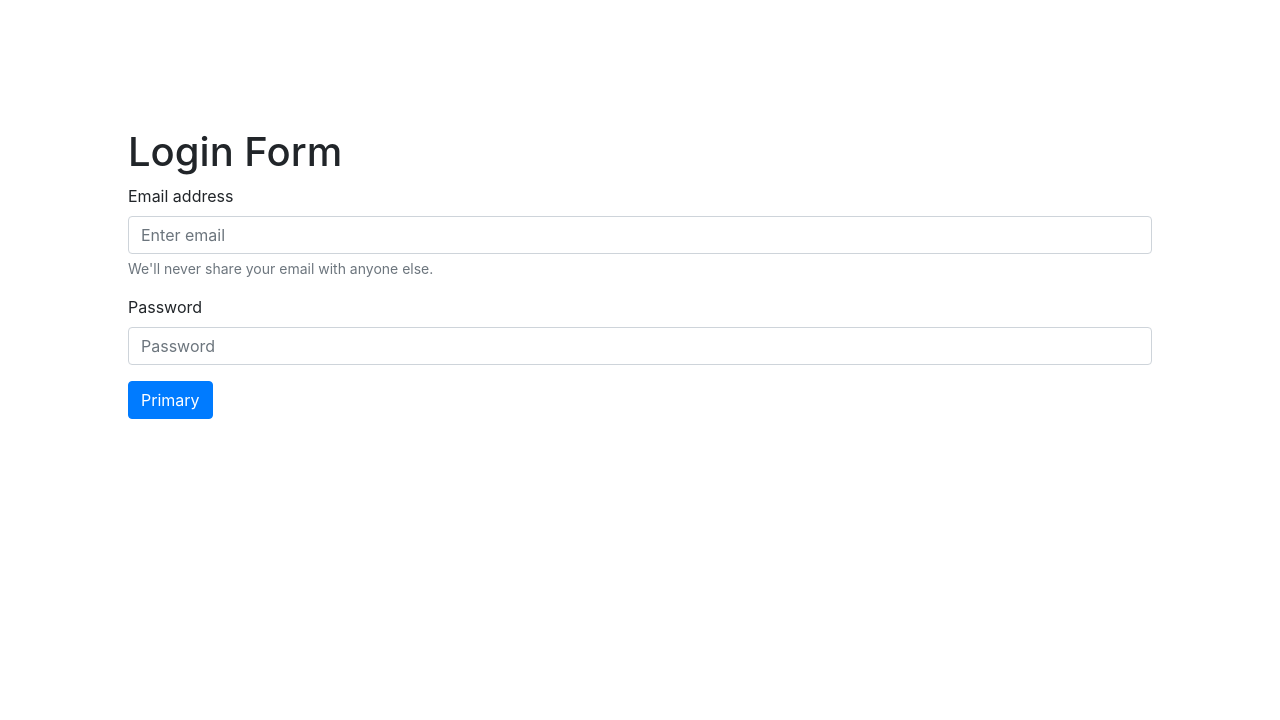
Repository: lalji-yadav/Register-Login-and-CRUD-using-token-and-Without-token-based
Page: /
The author's editor kept a copy of each file at every save. The page is drawn from the files as they stood at one save, then again after the next save.
The browser window is 1280 px wide. The pictures show the whole page.
The project was rebuilt for these pictures with package versions that can differ from the ones it lists, and the page was loaded fresh each time. Also part of the build but not shown: src/App.css.

Above is the page before, as saved 2021-02-01 18:32:02.

### src/App.js
import logo from './logo.svg';
import './App.css';
import Login from "./auth/login";

function App() {
  return (
    <div>
       <Login />
    </div>
  );
}

export default App;

### src/auth/login.js
import React from 'react';
import {Form,Button} from 'react-bootstrap';

const Login = () => {
    return (
        <div style={{padding:"10%"}}>
            <h1> Login Form </h1>
            <Form>
                <Form.Group controlId="formBasicEmail">
                    <Form.Label>Email address</Form.Label>
                    <Form.Control type="email" placeholder="Enter email" />
                    <Form.Text className="text-muted">
                    We'll never share your email with anyone else.
                    </Form.Text>
                </Form.Group>

                <Form.Group controlId="formBasicPassword">
                    <Form.Label>Password</Form.Label>
                    <Form.Control type="password" placeholder="Password" />
                </Form.Group>
                {/* <Form.Group controlId="formBasicCheckbox">
                    <Form.Check type="checkbox" label="Check me out" />
                </Form.Group> */}
                </Form>

            <Button type="button" class="btn btn-primary">Primary</Button>
        </div>
    );
};

export default Login;

### src/auth/register.js
import React from 'react';
import {Form,Button} from 'react-bootstrap';

const Register = () => {
    return (
        <div>
           <h1> Login Form </h1>
            <Form>
                <Form.Group controlId="formBasicEmail">
                    <Form.Label>Email address</Form.Label>
                    <Form.Control type="email" placeholder="Enter email" />
                    <Form.Text className="text-muted">
                    We'll never share your email with anyone else.
                    </Form.Text>
                </Form.Group>

                <Form.Group controlId="formBasicPassword">
                    <Form.Label>Password</Form.Label>
                    <Form.Control type="password" placeholder="Password" />
                </Form.Group>
                {/* <Form.Group controlId="formBasicCheckbox">
                    <Form.Check type="checkbox" label="Check me out" />
                </Form.Group> */}
                </Form>

            <Button type="button" class="btn btn-primary">Primary</Button>
        </div>
    );
};

export default Register;

Loaded but not shown: public/index.html (common file); src/index.js (common file); src/index.css (common file); src/reportWebVitals.js (common file)

After the next save:
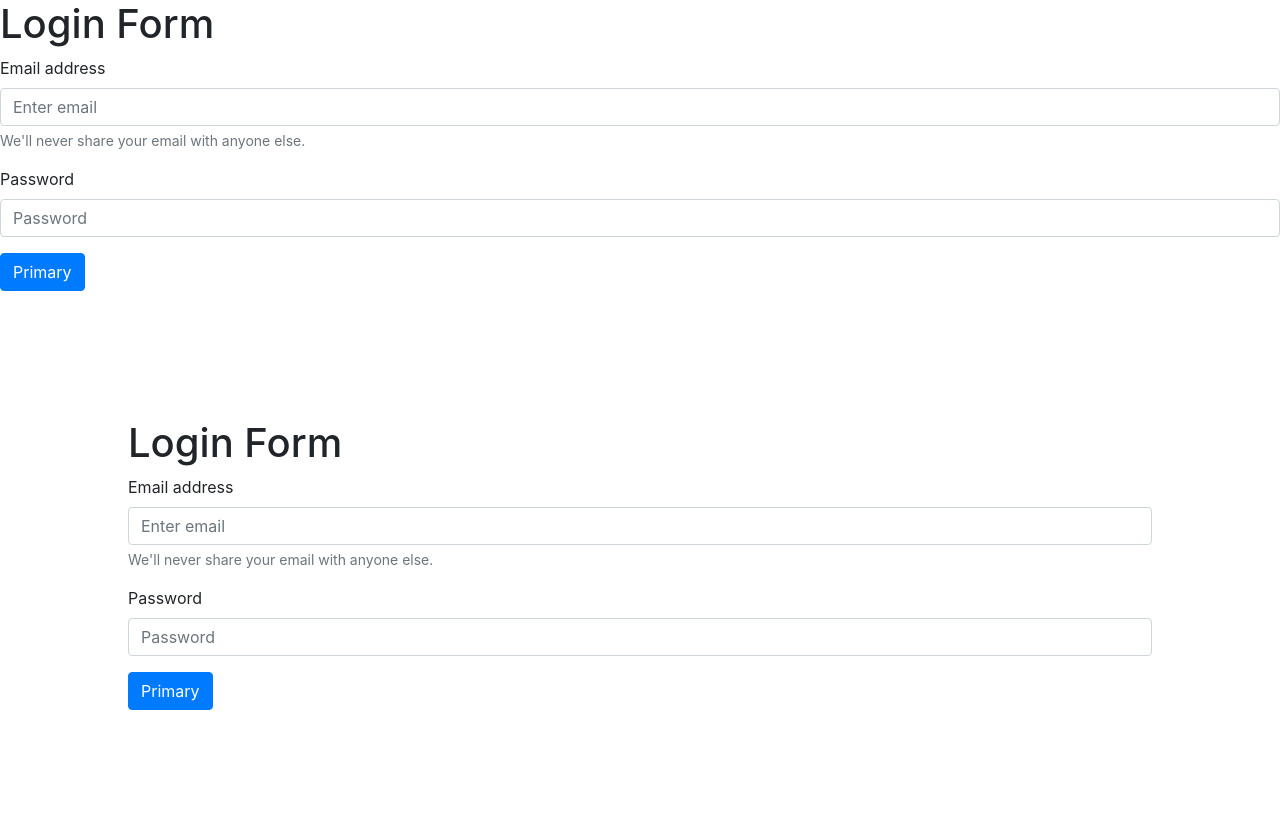
Saved 93 s later.
--- a/src/App.js
+++ b/src/App.js
@@ -1,10 +1,12 @@
 import logo from './logo.svg';
 import './App.css';
 import Login from "./auth/login";
+import Register from "./auth/register";
 
 function App() {
   return (
     <div>
+       <Register />
        <Login />
     </div>
   );
